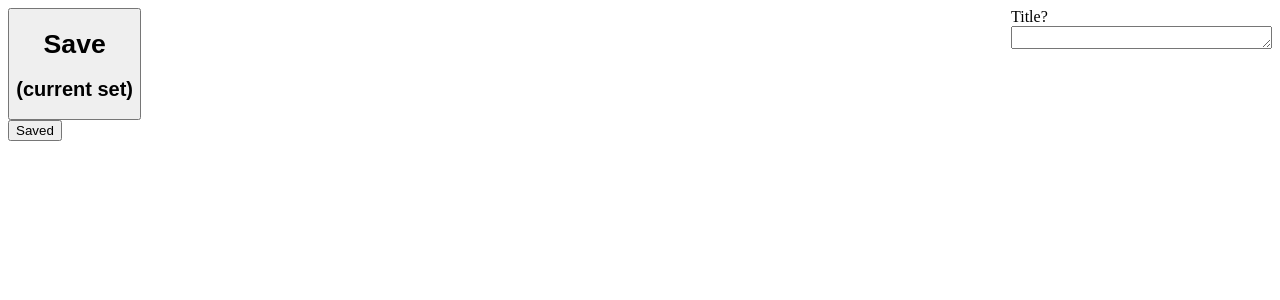
Repository: pixman92/GitTab
Page: popup.html
These files come from the project's save history. The page is drawn as it stood at one moment and after the next save; the edit follows.
The browser window is 1280 px wide. The pictures show the whole page.

Above is the page before, as saved 2020-01-28 20:25:05.

### popup.html
<!-- this file, is the 'instructions' of the extension
showing the different commands -->

<!DOCTYPE html>
<html>
<head>
    <meta charset="utf-8" />
    <meta http-equiv="X-UA-Compatible" content="IE=edge">
    <title>GitTab - Help</title>
    <meta name="viewport" content="width=device-width, initial-scale=1">
    <!-- <link rel="stylesheet" type="text/css" media="screen" href="main.css" /> -->
    <!-- <script src="main.js"></script> -->
    <script src="takeMeToBackground.js"></script>
    <style>
        #back{
            width: 10em;
        }
        .grid1{
            display: grid;
            grid-template-columns: 8fr 1fr;
            grid-gap: 25px;
        }
        .grid2{
            display: grid;
            grid-template-rows: 1fr 1fr;
        }
        textarea{
            height: 1.3em;
            font-size: 1em;
        }
    </style>
</head>
<body>
        <div class="grid1">
            <div>
                <button id="back"><span>
                    <h1>Save</h1><h2>(current set)</h2>
                </span></button>
            </div>
            <div class="">
                <div>

                    Title?
                </div>
                <div>
                    <textarea name="" id="title" cols="30" rows="10"></textarea>
                </div>
            </div>
        </div>
        <div>
            <button id="savedButton">Saved</button>
        </div>

</body>
</html>

### takeMeToBackground.js
window.onload = ()=>{
    document.getElementById('back').addEventListener('click', ()=>{
        if(!document.getElementById('title').value){

        }

        pullCurrentWindow();
    });
    document.getElementById('savedButton').addEventListener('click', ()=>{
        showBackground();
    });
}

//========================================
//functions for pulling Tab data

// var tabGlobal;
function pullCurrentWindow(){
    //DIFICULT Function!!
    // works on getting current tabs
    // saving them to 'chrome' storage
    // and reproducing them in background.html
    var tabGlobal;
    chrome.tabs.query({currentWindow: true}, (tab)=>{
        console.log('tab', tab);
        tabGlobal = tab;
        chrome.storage.sync.set({'tabSet': tabGlobal});
    });
    console.log('tabGlobal1', tabGlobal);


    showBackground();

}


function showBackground(){
    chrome.tabs.create({url: chrome.extension.getURL('background.html')});
}


//========================================

function wait(timout){
    return new Promise(resolve=>setTimeout(resolve, timout));
}

After the next save:
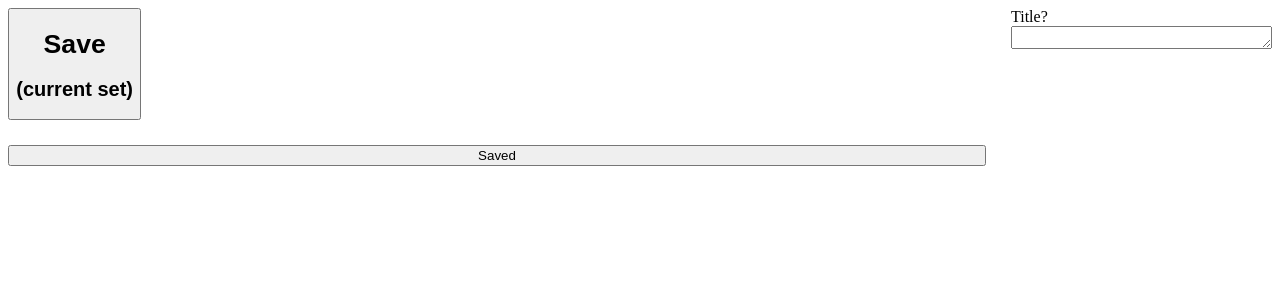
Saved 18 s later.
--- a/popup.html
+++ b/popup.html
@@ -46,9 +46,9 @@ showing the different commands -->
                     <textarea name="" id="title" cols="30" rows="10"></textarea>
                 </div>
             </div>
+            <button id="savedButton">Saved</button>
         </div>
         <div>
-            <button id="savedButton">Saved</button>
         </div>
 
 </body>
